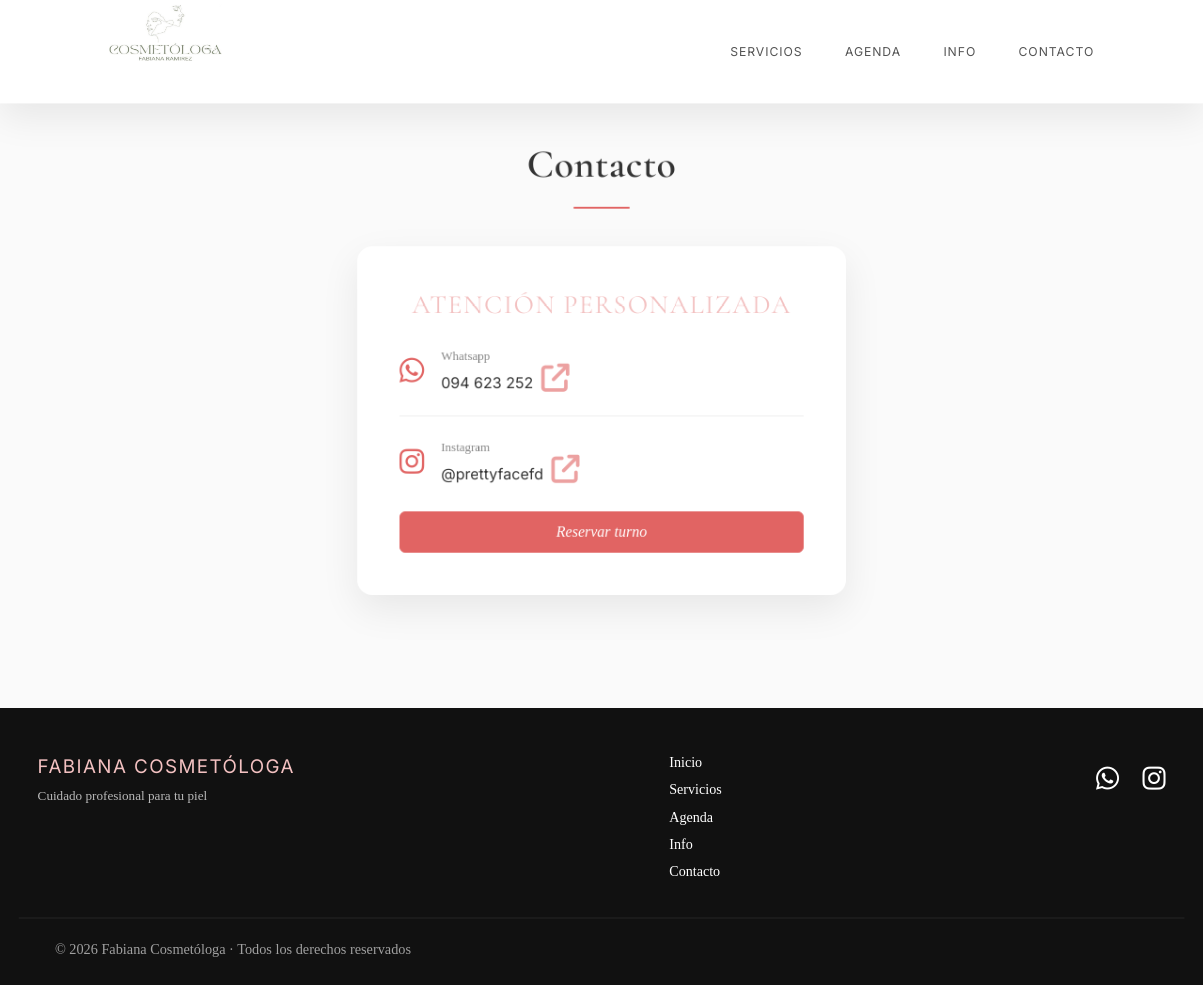
Repository: thiagobal1891-sudo/paginaweb
Page: pages/contacto.html
The author's editor kept a copy of each file at every save. The page is drawn from the files as they stood at one save, then again after the next save.
The browser window is 1280 px wide. The pictures show the whole page, at 94% of full size.
Some web fonts or font styles are not loaded; a fallback is used.

Above is the page before, as saved 2026-03-17 15:08:37.
Console error: ReferenceError: emailjs is not defined

After the next save:
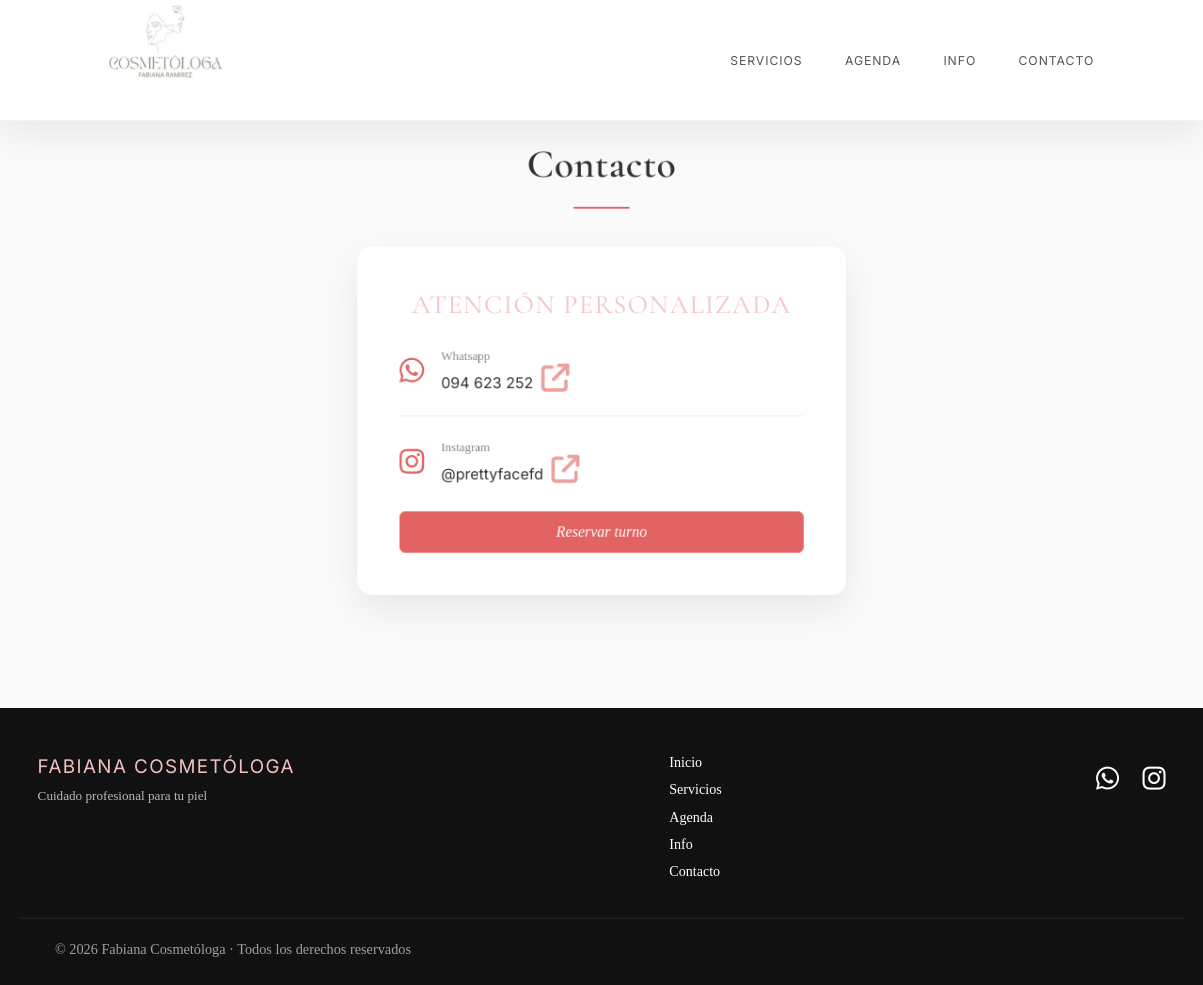
Saved 5 s later.
--- a/css/style.css
+++ b/css/style.css
@@ -167,7 +167,7 @@ header .logo {
 header .logo img{
   height: 100%;
   width: auto;
-  max-height: 60px;
+  max-height: 80px;
 }
 header .container {
   display: flex;
